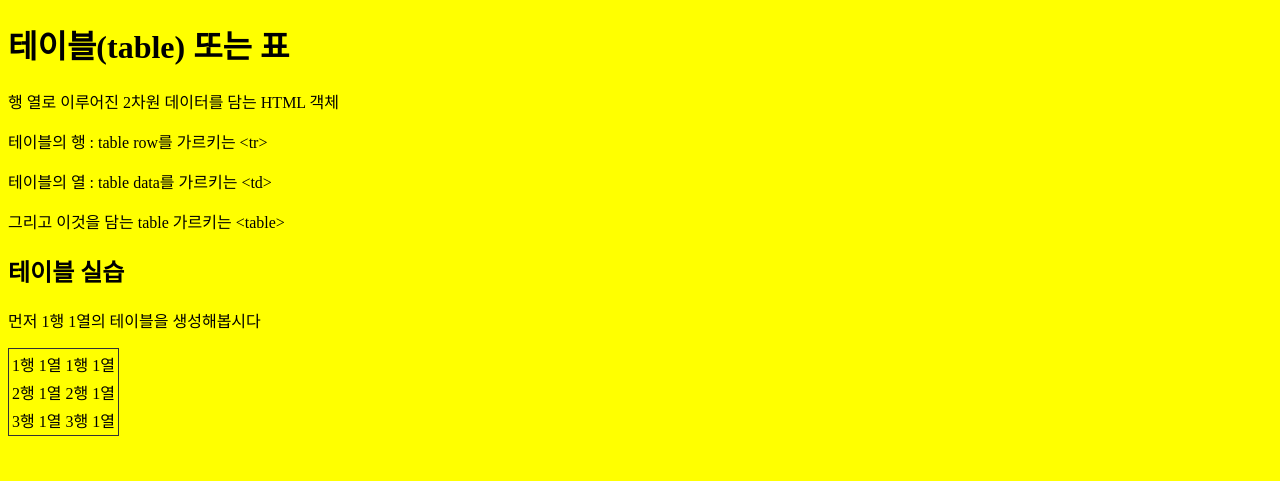
Repository: kmh9964/view
Page: workspace/studyhtml5/src/main/webapp/docs/first.html
The author's editor kept a copy of each file at every save. The page is drawn from the files as they stood at one save, then again after the next save.
The browser window is 1280 px wide. The pictures show the whole page.

Above is the page before, as saved 2022-12-15 05:58:25.

### workspace/studyhtml5/src/main/webapp/docs/first.html
<!doctype html>
<html lang="en">
<head>
<meta charset="UTF-8" />
<title>표</title>
<link rel="stylesheet" href="../css/main.css" />
</head>
<body>
	<h1>테이블(table) 또는 표</h1>
	<p>행 열로 이루어진 2차원 데이터를 담는 HTML 객체<p>
	<p>테이블의 행 : table row를 가르키는 &lt;tr&gt;</p>
	<p>테이블의 열 : table data를 가르키는 &lt;td&gt;</p>
	<p>그리고 이것을 담는 table 가르키는 &lt;table&gt;</p>
	<h2>테이블 실습</h2>
	<p>먼저 1행 1열의 테이블을 생성해봅시다</p>

	<table>
		<tr>
			<td>1행 1열</td><td>1행 1열</td>
		</tr>
		<tr>
			<td>2행 1열</td><td>2행 1열</td>
		</tr>
		<tr>
			<td>3행 1열</td><td>3행 1열</td>
		</tr>
	</table>

</body>
</html>

### workspace/studyhtml5/src/main/webapp/css/main.css
@charset "UTF-8";

body {
	background: yellow;
}

/* css 선택자
		-- 자주 쓰는것 : 1~5
		1)공용 선택자 : *
		2) 태그 선택자 :p
		3)클래스 선택자 : .text
		4) 아이디 선택자 :




*/

table {
		border :  1px solid #333;
}

After the next save:
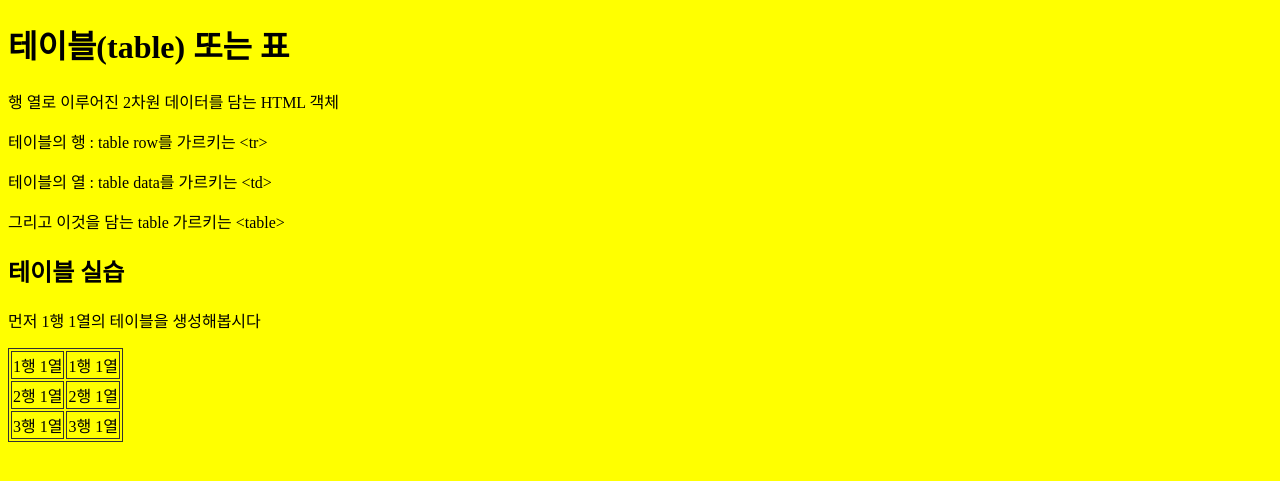
Saved 111 s later.
--- a/workspace/studyhtml5/src/main/webapp/css/main.css
+++ b/workspace/studyhtml5/src/main/webapp/css/main.css
@@ -16,6 +16,6 @@
 
 */
 
-table {
+table, td {
 		border :  1px solid #333;
 }

After the save that followed:
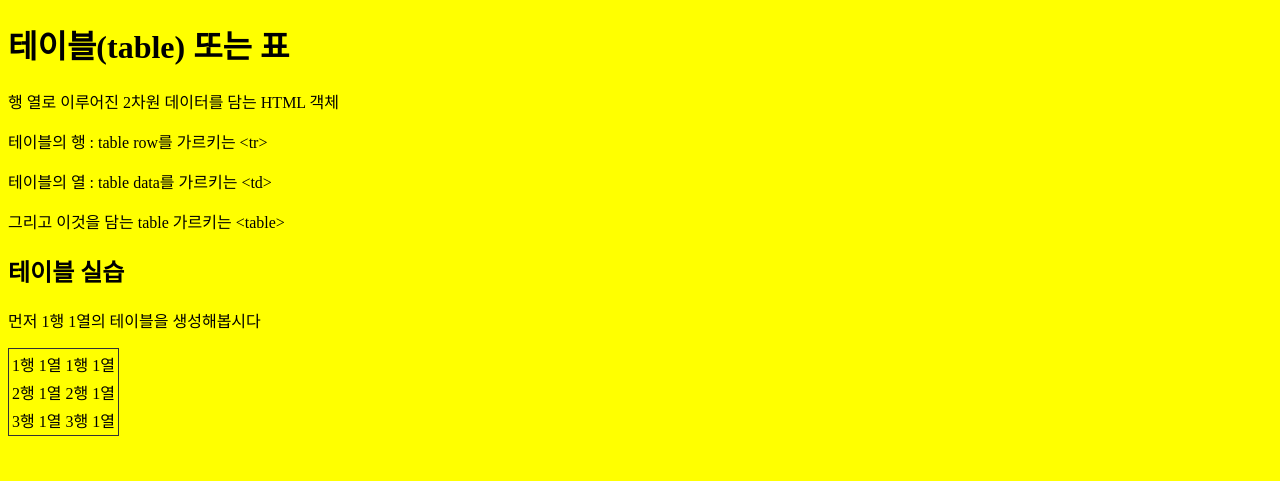
Saved 87 s later.
--- a/workspace/studyhtml5/src/main/webapp/css/main.css
+++ b/workspace/studyhtml5/src/main/webapp/css/main.css
@@ -16,6 +16,6 @@
 
 */
 
-table, td {
+table, tr {
 		border :  1px solid #333;
 }
